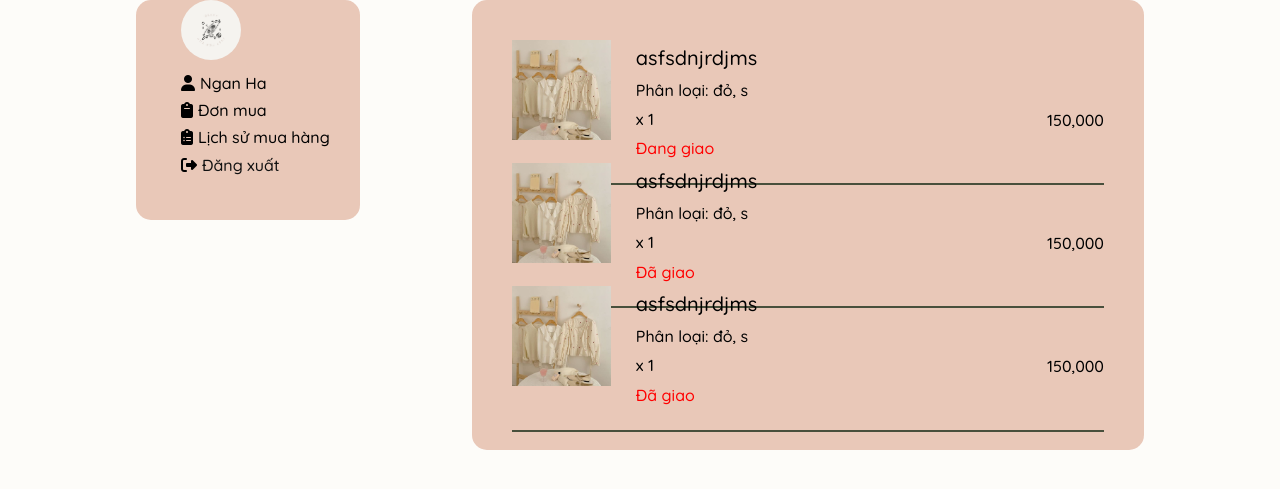
Repository: nganha241/store
Page: profile.html
These files come from the project's save history. The page is drawn as it stood at one moment and after the next save; the edit follows.
The browser window is 1280 px wide. The pictures show the whole page.
Some web libraries are served in a nearby version.

Above is the page before, as saved 2022-04-22 20:01:54.

### profile.html
<!DOCTYPE html>
<html lang="en">
  <head>
    <meta charset="UTF-8" />
    <meta http-equiv="X-UA-Compatible" content="IE=edge" />
    <meta name="viewport" content="width=device-width, initial-scale=1.0" />
    <title>Document</title>
    <link rel="stylesheet" href="style.css" />
  </head>

  <body>
    <div class="container">
      <div class="profile">
        <div class="active">
          <div class="list">
            <div class="avatar"><img src="./img/logo.png" alt="" /></div>
            <div class="name">
              <i class="fa fa-user" aria-hidden="true"></i>Ngan Ha
            </div>

            <div class="order"><i class="fas fa-clipboard"></i>Đơn mua</div>

            <div><i class="fas fa-clipboard-list"></i>Lịch sử mua hàng</div>

            <div>
              <i class="fas fa-sign-out-alt"></i><a href="#">Đăng xuất</a>
            </div>
          </div>
        </div>

        <div class="my-profile">
          <div class="list-detail">
            <!-- <div class="name">
              <form>
                <div>
                  <label>Tên đăng nhập</label>
                  <input type="text" value="Ngân Hà" disabled />
                </div>
                <div>
                  <label>Gmail</label>
                  <input type="text" value="nganha@gmail.com" />
                </div>
                <div>
                  <label>SĐT</label>
                  <input type="text" value="012345678" />
                </div>
                <div>
                  <label>Địa chỉ</label>
                  <input type="text" value="123 abc, xyz" />
                </div>
                <button>Lưu</button>
              </form>
            </div> -->
            <div class="order">
              <div class="order-box">
                <div class="img">
                  <img src="./img/products/p1.jpg" alt="" />
                </div>
                <div class="div">
                  <div class="pro-name">asfsdnjrdjms</div>
                  <div class="type">Phân loại: đỏ, s</div>
                  <div class="quantity">x 1</div>
                  <div class="total">150,000</div>
                  <div class="status">Đang giao</div>
                </div>
              </div>
              <div class="order-box">
                <div class="img">
                  <img src="./img/products/p1.jpg" alt="" />
                </div>
                <div class="div">
                  <div class="pro-name">asfsdnjrdjms</div>
                  <div class="type">Phân loại: đỏ, s</div>
                  <div class="quantity">x 1</div>
                  <div class="total">150,000</div>
                  <div class="status">Đã giao</div>
                </div>
              </div>
              <div class="order-box">
                <div class="img">
                  <img src="./img/products/p1.jpg" alt="" />
                </div>
                <div class="div">
                  <div class="pro-name">asfsdnjrdjms</div>
                  <div class="type">Phân loại: đỏ, s</div>
                  <div class="quantity">x 1</div>
                  <div class="total">150,000</div>
                  <div class="status">Đã giao</div>
                </div>
              </div>
            </div>
          </div>
        </div>
      </div>
    </div>
    <script
      src="https://kit.fontawesome.com/ae971d7ee0.js"
      crossorigin="anonymous"
    ></script>
  </body>
</html>

### style.css
@import url('https://fonts.googleapis.com/css2?family=Quicksand:wght@300;400;500;600;700&family=Space+Grotesk:wght@300;400&display=swap');

* {
    font-family: 'Quicksand', sans-serif;
    box-sizing: border-box;
}

body {
    background: #fdfcf9;
    position: relative;
    height: auto;
    padding: 0;
    margin: 0;
}

a {
    text-decoration: none;
}

li {
    list-style: none;
}

.header {
    padding: 40px 80px;
}

.header .tools {
    display: flex;
    justify-content: flex-end;
    gap: 15px;
    height: 50px;
}

.header .tools .notification,
.header .tools .account,
.header .tools .cart {
    cursor: pointer;
}

.header .tools .fa-solid {
    font-size: 22px;
    color: #ae582d;
}

.header .tools .cart {
    position: relative;
}

.header .tools .cart .cart-info {
    position: absolute;
    background: #af7355;
    right: -20px;
    top: 30px;
    z-index: 1;
    padding: 20px;
    color: #fff;
    display: none;
    border-radius: 15px;
    animation: dropdown 0.4s ease;
}

.header .tools .cart:hover .cart-info {
    display: block;
}

.header .tools .cart .cart-info .cart-card {
    width: 400px;
    height: 50px;
    margin-top: 10px;
    display: flex;
    justify-content: space-between;
    transition: 0.4s;
}

.header .tools .cart .cart-info .cart-card:hover {
    background:rgba(255, 255, 255, 0.4);
    transition: 0.4s;
}

.header .tools .cart .cart-info .cart-card .cart-card-img img {
    width: 100%;
    height: 100%;
    object-fit: cover;
}

.header .tools .cart .cart-info .cart-card .cart-pro-name {
    text-overflow: ellipsis;
    white-space: nowrap;
    overflow: hidden;
   width: 250px;
}

.header .tools .cart .cart-info .cart-card-footer {
    display: flex;
    justify-content: space-between;
    margin-top: 10px;
}

.header .tools .cart .cart-info .cart-card-footer>p {
    cursor: auto;
}

.header .tools .cart .cart-info .cart-card-footer>button {
    margin-top: 5px;
    height: 35px;
    border-radius: 5px;
    border: 0;
    font-size: 16px;
    font-weight: 500;
    cursor: pointer;
    transition: 0.4s;
}

.header .tools .cart .cart-info .cart-card-footer>button:hover {
    background: rgba(255, 255, 255, 0.7);
}

.header .tools .account span .fa-solid{
    font-size: 18px;
    color: #111;
    margin-left: 10px;
    margin-right: 15px;
}

.header .tools .account:hover .fa-solid{
    color: #ae582d;
}

.header .tools .account {
    position: relative;
}

.header .tools .account span {
    font-weight: 600;
}

.header .tools .account .acc-info {
    width: 180px;
    position: absolute;
    height: auto;
    background: #af7355;
    text-align: left;
    top: 15px;
    left: -30px;
    display: none;
    animation: dropdown 0.4s ease;
    z-index: 1;
    border-radius: 15px;
}

.header .tools .account:hover .acc-info{
    display: block;
}

.header .tools .account .acc-info li {
    padding: 10px 0;
    color: #fff;
    margin-left: -13px;
    transition: .4s;
}

.header .tools .account .acc-info li:hover {
    transform: scale(1.1);
}

.header hr {
    background: #48503c;
    margin-top: -20px;
}

.header nav {
    display: flex;
    width: 100%;
}

.header nav .logo {
    width: 50%;
    padding-top: 20px;
}

.header nav .logo a{
    font-family: 'Space Grotesk', sans-serif;
    font-size: 30px;
    color: #48503c;
    font-weight: 100;

}

.header nav .logo a:hover {
    color: #111;
}

.header nav .menu {
    display: flex;
    gap: 15px;
    padding-top: 7px;
    justify-content: flex-end;
    width: 50%;
}

.header nav .menu>li {
    float: left;
    font-size: 18px;
    position: relative;
    height: 50px;
}

.header nav .menu>li::before {
    content: "";
    position: absolute;
    width: 90%;
    height: 3px;
    top: 30px;
    right: -3px;
    background-color: #551e02;
    opacity: 0;
    transition: 0.6s;
}

.header nav .menu>li:hover::before{
    opacity: 1;
    transition: 0.6s;
}

.header nav .menu>li>a {
    color: #48503c;
    display: block;
    padding: 6px 0px 0px 15px;
}

.header nav .menu>li:hover>a {
    color: #111;
}

.header nav .menu>li .menu-child {
    margin-top: 10px;
    margin-left: -50px;
    width: 180px;
    padding-top: 10px;
    padding-bottom: 15px;
    background: #af7355;
    border-radius: 15px;
    text-align: left;
    position: absolute;
    display: none;
    animation: dropdown .3s ease;
    z-index: 1;
}

.header nav .menu>li:hover .menu-child{
    display: block;
}

.header nav .menu>li .menu-child>li {
    margin-top: 10px;
}

.header nav .menu>li .menu-child>li>a {
    transition: 0.4s;
    color: #fff;
}

.header nav .menu>li .menu-child>li:hover>a{
    display: inline;
    text-decoration: underline;
    transition: 0.4s;
}

@keyframes dropdown {
    0% {
        opacity: 0;
        transform: translateY(18px);
    }
    100% {
        opacity: 1;
        transform: none;
    }
}

.header .banner {
    width: 100%;
    height: 600px;
    display: flex;
    align-items: center;
    margin-top: 30px;
    position: relative;
}

.header .banner .slogan {
    width: 50%;
    padding-left: 60px;
    padding-right: 20px;
}

.header .banner .slogan h4 {
    color: #ae582d;
    font-family: 'Space Grotesk', sans-serif;
    font-size: 60px;
    font-weight: 200;
}

.header .banner .slogan p {
    font-size: 20px;
    color: #515a54;
    margin-top: -50px;
}

.header .banner .img-banner{
    width: 50%;
    height: 100%;
}

.header .banner .img-banner img {
    width: 100%;
    height: 100%;
    object-fit: cover;
    border-top-left-radius: 100px;
    border-bottom-right-radius: 100px;
    transition: all 0.5s ease;
}

.section {
    height: auto;
    margin-top: 100px;
    padding: 0 80px;
}

.section .into-title {
    margin-top: 100px;
    text-align: center;
}

.section .into-title h1 {
    font-family: 'Space Grotesk', sans-serif;
    font-size: 50px;
}

.section .intro {
    display: flex;
    flex-wrap: wrap;
    justify-content: space-between;
    margin-bottom: 100px;
    margin-top: 80px;
    gap: 10px;
}

.section .intro .intro-card .intro-img {
    width: 200px;
    height: 200px;
}

.section .intro .intro-card .intro-img img {
    width: 100%;
    height: 100%;
    border-radius: 50%;
}

.section .title{
    height: auto;
    width: 200px;
    background: #f4e9c7;
    text-align: center;
    margin-bottom: -15px;
}

.section .title h2 a{
    font-size: 30px;
    color: #48503c;
    font-weight: 200;
}

.products {
    display: flex;
    flex-wrap: wrap;
    justify-content: space-between;
    row-gap: 30px;
    padding: 30px 10px;
    background: rgb(244, 239, 239);
}

.products .card {
    width: 250px;
    height: 400px;
    background: #fdfcf9;
    cursor: pointer;
    transition: 0.4s;
    position: relative;
}

.products .card:hover {
    transform: scale(1.1 , 1.1);
    background: rgba(255, 255, 255, 0.4);
}

.products .card .pro-img {
    height: 330px;
}

.products .card .pro-img img{
    width: 100%;
    height: 100%;
    object-fit: cover;
}

.products .card .pro-sale-tag {
    position: absolute;
    top: -10px;
    left: -5px;
    background: #ae582d;
    width: 70px;
    height: 35px;
    font-size: 25px;
    color: #fff;
    font-weight: 500;
}

.products .card .pro-sale-tag::before{
    content: "";
    width: 5px;
    height: 6px;
    background-color: #551e02;
    position: absolute;
    left: 0px;
    top: 34.5px;
    clip-path: polygon(0 0, 100% 0, 100% 100%);
}

.products .card .pro-new-tag {
    position: absolute;
    top: 0;
    right: 5px;
    background: #af7355;
    width: 50px;
    height: 40px;
    font-size: 20px;
    color: #fff;
    font-weight: 500;
    clip-path: polygon(0 75%, 0 0, 100% 0, 100% 75%, 50% 100%);
}

.products .card .pro-name {
    font-size: 18px;
    text-overflow: ellipsis;
    white-space: nowrap;
    overflow: hidden;
}

 .products .card .pro-price {
    font-size: 15px;
}

 .products .card .add-cart {
    margin-top: -220px;
}

.products .card .add-cart button{
    opacity: 0;
    height: 40px;
    background: #af7355;
    border: 0;
    cursor: pointer;
    transition: 0.4s;
    color: #fff;
    margin-left: 85px;
}

.products .card:hover .add-cart button {
    transition: 0.4s;
    opacity: 1;
}

.products .card .add-cart button:hover {
    transform: scale(1.1);
    background: #ae582d;
}

.about-us {
    margin-top: 100px;
}

.about-img {
    height: 400px;
}

.about-img img{
    width: 100%;
    height: 100%;
    object-fit: cover;
}

.about-us .about-text {
    padding: 40px 140px;
    text-align: center;
    color: #515a54;
}

.about-us .about-text h5 {
    font-size: 20px;
    font-weight: 500;
}

.about-us .about-text p {
    line-height: 1.6;
    font-size: 15px;
}

.section .featured {
    height: auto;
    margin-top: 100px;
    position: relative;
}

.section .featured .list-slider {
    background: rgb(244, 239, 239);
}

.section .featured .list-slider .slide {
    display: none;
}

.section .featured .list-slider .slide.show {
    display: block;
    transition: 0.4s;
}

.section .featured .list-slider .slide .fade {
    height: 400px;
    display: flex;
    /* gap: 30px; */
    justify-content: space-between;

}

.section .featured .list-slider .slide .fade .featured-img {
    width: 60%;
}

.section .featured .list-slider .slide .fade .featured-img img{
    height: 100%;
    width: 100%;
    object-fit: cover;
    transition: 0.5s;
}

.section .featured .list-slider .slide:hover .fade .featured-img img{
    transform: translate(0, -42px);
}

.section .featured .list-slider .slide .fade .featured-more {
    text-align: center;
    padding-top: 150px;
    line-height: 1.8;
}

.section .featured .list-slider .slide .fade .featured-more .featured-name {
    font-size: 25px;
    text-overflow: ellipsis;
    white-space: nowrap;
    overflow: hidden;
    width:250px;
    transition: 0.4s;
}

.section .featured .list-slider .slide .fade .featured-more .featured-price {
    font-size: 18px;

}

.section .featured .list-slider .slide .fade .featured-more .featured-sold {
    font-size: 18px;
}

.section .featured .list-slider .slide .fade .featured-more .featured-sold span {
    margin-left: 10px;
}

.section .featured .list-slider .slide .fade .featured-choose {
    height: 400px;
    width: 60px;
    background: #ae582d;
    opacity: 0;
    transition: 0.4s;
    writing-mode: vertical-rl;
    text-orientation: mixed;
    text-align: center;
    font-size: 30px;
    color: #fff;
    cursor: pointer;
    padding-right: 10px;
}

.section .featured .list-slider .slide .fade:hover .featured-choose {
    opacity: 1;
    transition: 0.6s;
}

.section .featured .list-slider .slide .fade .featured-choose .fas {
    transition: 0.6s;
}

.section .featured .list-slider .slide .fade .featured-choose:hover .fas {
    margin-top: 20px;
    transform: scale(1.5 , 1.5);
    transition: 0.4s;
}

.section .featured .featured-button {
    position: absolute;
    top: 50%;
    font-size: 60px;
    color: #515a54;
    cursor: pointer;
    transition: 0.4s;
}

.section .featured .featured-button.pre {
    left: -40px;
    transition: 0.4s;
}

.section .featured .featured-button.next {
    right: -40px;
    transition: 0.4s;
}

.section .featured .featured-button.pre:hover,
.section .featured .featured-button.next:hover {
    color: #ae582d;
    transform: scale(1.2);

}

.section .sale {
    margin-top: 100px;
}

.section .sale-banner {
    display: flex;
    justify-content: space-between;
    height: 350px;
    gap: 10px;
}

.section .sale .sale-banner .sale-img {
    width: 50%;
}

.section .sale .sale-banner .sale-img img{
    width: 100%;
    height: 100%;
    object-fit: cover;
}

.detail .related-products,
.section .sale .sale-products {
    position: relative;
    transition: 0.4s;
}

.detail .related-products .related-control,
.section .sale .sale-products .sale-control {
    position: absolute;
    top: 50%;
    transform: translateY(-20px);
    font-size: 40px;
    color: #ae582d;
    cursor: pointer;
}


.detail .related-products .related-control.related-pre,
.section .sale .sale-products .sale-control.sale-pre {
    left: 16px;
    z-index: 1;
}


.detail .related-products .related-control.related-next,
.section .sale .sale-products .sale-control.sale-next {
    right: 10px;
}


.detail .related-products .related-card,
.section .sale .sale-products .sale-card{
    display: flex;
    justify-content: space-between;
    align-items: center;
    gap: 10px;
    height: 400px;
    overflow: hidden;
    padding-left: 10px;
}

.detail .related-products .related-card .related-box,
.section .sale .sale-products .sale-card .sale-box{
    width: 210px;
    height: 280px;
    position: relative;
    transition: 0.4s;
    cursor: pointer;
}

.detail .related-products .related-card .related-box .tag-sale,
.section .sale .sale-products .sale-card .sale-box .tag-sale {
    background: #ae582d;
    position: absolute;
    top: -10px;
    width: 60px;
    height: 30px;
    left: -5px;
    text-align: center;
}

.detail .related-products .related-card .related-box .tag-sale p,
.section .sale .sale-products .sale-card .sale-box .tag-sale p {
    display: inline;
    font-size: 20px;
    color: #fff;
    font-weight: 600;
}

.detail .related-products .related-card .related-box .tag-sale::before,
.section .sale .sale-products .sale-card .sale-box .tag-sale::before {
    content: '';
    background-color: #551e02;
    display: inline-block;
    width: 5px;
    height: 5px;
    position: absolute;
    bottom: -5px;
    right: 55px;
    clip-path: polygon(0 0, 100% 0, 100% 100%);
}

.detail .related-products .related-card .related-box img,
.section .sale .sale-products .sale-card .sale-box img {
    width: 100%;
    height: 100%;
    object-fit: cover;
}

.detail .related-products .related-card .related-box:hover,
.section .sale .sale-products .sale-card .sale-box:hover {
    transform: scale(0.9);
    color: #111;
}

.detail .related-products .related-card .related-box .related-name,
.section .sale .sale-products .sale-card .sale-box .sale-name {
    text-overflow: ellipsis;
    white-space: nowrap;
    overflow: hidden;
}

.detail .related-products .related-card .related-box .related-name a,
.section .sale .sale-products .sale-card .sale-box .sale-name a{
    color: #48503c;
    font-weight: 500;
}

.detail .related-products .related-card .related-box .related-price,
.section .sale .sale-products .sale-card .sale-box .sale-price {
    font-size: 14px;
    color: #48503c;
}

.footer {
    width: auto;
    font-weight: 500;
    background: rgb(244, 239, 239);
    margin-top: 100px;
    display: flex;
    justify-content: space-around;
    align-items: center;
}

.footer .infomation>ul>li {
    margin-bottom: 10px;
}

.footer .infomation>ul>li>span {
    margin-left: 10px;
}

.footer .menu-footer>ul>li {
    margin-bottom: 5px;
    transition: 0.4s;
}

.footer .menu-footer>ul>li>a {
    color: #111;
}

.footer .menu-footer>ul>li:hover {
    transform: scale(1.1);
    transition: 0.4s;
}

.footer .coppyright {
    padding-top: -200px;
}

.footer .support>input{
    border: 2px solid #551e02;
    height: 30px;
}

.footer .support>button {
    border: 0;
    background: #ae582d;
    height: 30px;
    color: #fff;
    cursor: pointer;
    transition: .4s;
}

.footer .support>button:hover {
    transform: scale(1.1);
}


/* SHOP */
.container {
    padding: 0 80px;
}
.container .search {
    text-align: center;
    height: 40px;
    font-size: 18px;
    margin-top: -30px;
}

.container .search>input {
    width: 800px;
    height: 100%;
    border: 2px solid #551e02;
    padding: 0 10px;
}

.container .search>input:focus {
    outline: none;
}

.container .search>button {
    height: 100%;
    width: 60px;
    margin-left: -6px;
    background: #551e02;
    border: 0;
}

.container .search>button .fa {
    color: #fff;
}

.container .shop-content {
    margin-top: 50px;
    display: flex;
    width: 100%;
}

.container .shop-content .filter {
    width: 65%;
}

.container .shop-content .filter h5{
    font-size: 17px;
}

.container .shop-content .filter ul {
    margin-left: -30px;
    margin-top: -10px;
}

.container .shop-content .filter ul li {
    margin-top: 10px;
}

.container .shop-content .shop-products .products {
    background: #fdfcf9;
}

.container .shop-content .shop-products .products .card {
    height: 280px;
    width: 200px;
    background: rgb(243, 241, 241);
}

.container .shop-content .shop-products .products .card .pro-img {
    height: 230px;
}

.container .detail .detail-product {
    display: flex;
}

.container .detail .detail-product .detail-img {
    width: 400px;
}

.container .detail .detail-product .detail-img .img-main{
    height: 500px;
    position: relative;
}

.container .detail .detail-product .detail-img .img-main img {
    width: 100%;
    height: 100%;
    object-fit: cover;
}

.container .detail .detail-product .detail-img .img-child {
    margin-top: 10px;
    height: 80px;
    display: flex;
    gap: 10px;
    cursor: pointer;
    overflow: hidden;
}

.container .detail .detail-product .detail-img .img-child  img {
    width: calc(400px / 5);
    height: 100%;
    object-fit: cover;
}

.container .detail .detail-product .detail-img .detail-img-slide {
    position: relative;
}

.container .detail .detail-product .detail-img .detail-img-slide .detail-control {
    position: absolute;
    top: 40%;
    font-size: 20px;
    color: #ae582d;
    transition: 0.2s;
}

.container .detail .detail-product .detail-img .detail-img-slide .detail-control:hover {
    transform: scale(1.1);
}

.container .detail .detail-product .detail-img .detail-img-slide .detail-control.detail-next {
    right: 0;
}

.container .detail .detail-product .detail-info {
    margin-left: 50px;
    font-weight: 500;
}

.container .detail .detail-product .detail-info>ul>li {
    margin-bottom: 20px;
}

 .detail .detail-product .detail-info .detail-name {
    font-size: 40px;
}


.detail .detail-info .detail-price {
    font-size: 45px;
    color: #551e02;
}

.detail .detail-info .detail-color button,
.detail .detail-info .detail-size button{
    height: 30px;
    background: none;
    border: 1px solid #ccc;
    cursor: pointer;
    line-height: 1.4;
}

.detail .detail-info .detail-color button.active,
.detail .detail-info .detail-size button.active {
    border:  1px solid #ae582d;
    background: #f4e9c7;
}

.detail .detail-info .detail-color button:hover,
.detail .detail-info .detail-size button:hover {
    border: 1px solid #ae582d;
}

.detail .detail-info .detail-color button:nth-child(1),
.detail .detail-info .detail-size button:nth-child(1) {
    margin-left: 20px;
}

 .detail .detail-product .detail-info .detail-quantity {
    display: flex;
    align-items: center;
}

.detail .detail-product .detail-info .detail-quantity .quantity-pre {
    margin-left: 20px;
}

 .detail .detail-product .detail-info .detail-quantity .quantity-pre,
.detail .detail-product .detail-info .detail-quantity .quantity,
 .detail .detail-product .detail-info .detail-quantity .quantity-next {
    width: 30px;
    height: 30px;
    border: 1px solid #ccc;
    text-align: center;
    cursor: pointer;
}

 .detail .detail-product .detail-info .detail-quantity .quantity {
    width: 50px;
    cursor: default;
}

.detail .detail-product .detail-info .ship .fas,
.detail .detail-product .detail-info .return .fas {
    color: #551e02;
    margin-right: 5px;
}

.detail .detail-product .detail-info .detail-choose button{
    height: 40px;
    font-size: 18px;
    cursor: pointer;
}

.detail .detail-product .detail-info .detail-choose .detail-add {
    border: 1px solid #ae582d;
    background: #f4e9c7;
    color: #ae582d;
}

.detail .detail-product .detail-info .detail-choose .detail-add:hover {
    background: rgba(244, 218, 207, 0.8);
}

.detail .detail-product .detail-info .detail-choose .buy {
    background: rgba(161, 58, 7, 0.9);
    border: none;
    margin-left: 10px;
    color: #fff;
}

.detail .detail-product .detail-info .detail-choose .buy:hover {
    background: #ae582d;
}

.detail .detail-description {
    margin-top: 100px;
    margin-bottom: 50px;
    line-height: 1.8;
}

.detail h2 {
    margin-bottom: -30px;
}

.detail .pro-new-tag{
    position: absolute;
    top: 0;
    right: 5px;
    background: #af7355;
    width: 50px;
    height: 40px;
    font-size: 20px;
    color: #fff;
    font-weight: 500;
    clip-path: polygon(0 75%, 0 0, 100% 0, 100% 75%, 50% 100%);
}

.container .profile {
    display: flex;
    justify-content: space-around;
    font-weight: 500;
}

.container .profile .active ul {
    line-height: 1.8;
}

.container .profile .active {
    width: 20%;
    background: rgba(231, 195, 178, 0.9);
    border-radius: 15px;
    cursor: pointer;
    height: 220px;
}

.container .profile .active .list {
    margin-left: 45px;
    line-height: 1.7;
}

.container .profile .active .list i {
    margin-right: 5px;
}
.container .profile .active ul>li>i {
    margin-right: 10px;
}

.container .profile .active a {
    color: #111;
}

.container .profile .active li:hover {
    color: #551e02;
}

.container .profile .active  .avatar {
    width: 60px;
    height: 60px;
    cursor: default;
    margin-bottom: 10px;
}

.container .profile .active  .avatar img {
    width: 100%;
    height: 100%;
    border-radius: 50%;
    object-fit: cover;
}

.container .profile .my-profile {
    width: 60%;
    /* height: 400px; */
    background: rgba(231, 195, 178, 0.9);
    border-radius: 15px;
    position: relative;
}

.container .profile .my-profile .list-detail {
    padding: 40px;
}

.container .profile .my-profile .list-detail .name  form{
    line-height: 3.5;
}

.container .profile .my-profile .list-detail .name label{
    display: inline-block;
    width: 140px;
    text-align: right;
    margin-right: 20px;
}

.container .profile .my-profile .list-detail .name input {
    width: 350px;
    height: 40px;
    border: 2px solid #551e02;
    font-size: 17px;
    padding: 0 10px;
}

.container .profile .my-profile .list-detail .name input:focus{
    outline: none;
}

.container .profile .my-profile .list-detail .name  form button {
    margin-left: 90px;
    height: 35px;
    width: 50px;
    font-size: 17px;
    background:  #551e02;
    border: none;
    color: #fff;
    cursor: pointer;
}

.container .profile .my-profile .list-detail .order .order-box{
    display: flex;
    gap: 25px;
    position: relative;
}

.container .profile .my-profile .list-detail .order .order-box .img {
    width: 100px;
    height: 100px;
}

.container .profile .my-profile .list-detail .order .order-box img {
    width: 100%;
    height: 100%;
    object-fit: cover;
}

.container .profile .my-profile .list-detail .order .order-box .div {
    line-height: 1.8;
    width: 80%;
}

.container .profile .my-profile .list-detail .order .order-box .div::after {
    content: "";
    width: 100%;
    height: 2px;
    background: #48503c;
    position: absolute;
    /* bottom: -10px; */
    margin-top: 20px;
    left: 0;
}

.container .profile .my-profile .list-detail .order .order-box .pro-name {
    font-size: 20px;
}

.container .profile .my-profile .list-detail .order .order-box .total {
    text-align: right;
    margin-top: -28px;
}

.container .profile .my-profile .list-detail .order .order-box .status {
    color: red;
}

After the next save:
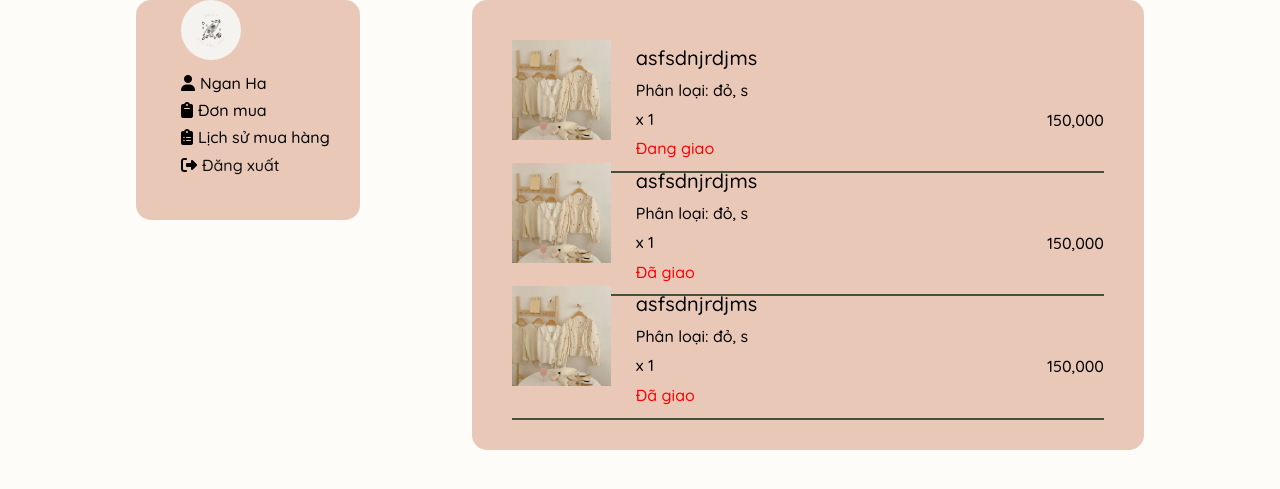
Saved 9 s later.
--- a/style.css
+++ b/style.css
@@ -1196,8 +1196,8 @@ li {
     height: 2px;
     background: #48503c;
     position: absolute;
-    /* bottom: -10px; */
-    margin-top: 20px;
+    bottom: -10px;
+    /* margin-top: 20px; */
     left: 0;
 }
 
